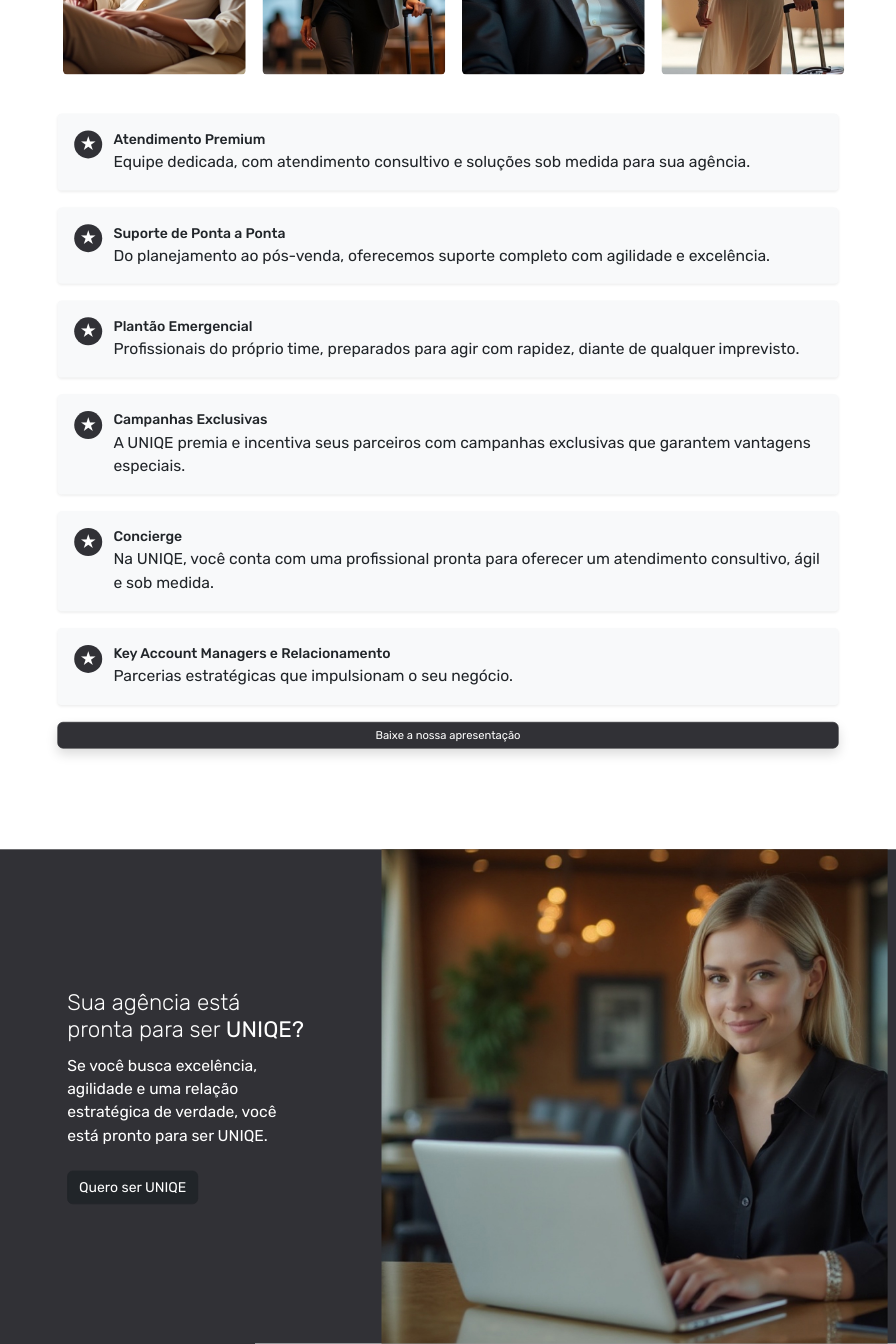
Repository: SkyTeam-Dev/Site-Uniqe
Page: http://localhost/
These files come from the project's save history. The page is drawn as it stood at one moment and after the next save; the edit follows.
The browser window is 1280 px wide. The pictures show the part of the page from y = 1405 to 3325 px (the page is 3325 px tall), at 70% of full size.
Some web libraries are served in a nearby version. The page is run by PHP 8.4 with error messages shown; the project is at /var/www/html/.

Above is the page before, as saved 2025-07-03 16:23:42.

### index.php
<!DOCTYPE html>
<html lang="pt-br">

<head>
    <title>:: Uniqe by Skyteam ::</title>
    <!-- Define uma descrição otimizada para mecanismos de busca (Maximo 160 caracteres mas o recomendado é 50 caracteres) -->
    <meta name="description"
        content="CADASTRO SIMPLES, DESCONTOS E CASHBACK A viagem do seu cliente com as melhores condições Conectamos o agente a descontos imbatíveis Ofereça seus serviços a preços mais atrativos com a Uniqe By Skyteam, uma plataforma para reservas de aéreo, hotelaria, seguro-viagem e locação nacional com descontos e cashback, projetada para qualquer agente de viagem" />
    <!-- Define palavras-chave (não tem mais impacto no Google, mas pode ajudar em outros mecanismos) -->
    <meta name="keywords" content="palavra-chave1, palavra-chave2, palavra-chave3">
    <meta charset="utf-8">
    <meta http-equiv="X-UA-Compatible" content="IE=edge">
    <link rel="canonical" href="https://uniqe.tur.br/" />
    <link rel='shortlink' href='https://uniqe.tur.br/' />

    <!-- Define a indexação pelos mecanismos de busca -->
    <meta name="robots" content="index, follow"> <!-- Para indexar e seguir links -->
    <meta name="googlebot" content="index, follow"> <!-- Específico para o Google -->
    <meta name="bingbot" content="index, follow"> <!-- Específico para o Bing -->

    <!-- GOOGLE JSON-LD para SEO -->
    <script type="application/ld+json">
    {
        "@context": "https://schema.org",
        "@type": "WebSite",
        "name": "Uniqe by Skyteam",
        "url": "https://uniqe.tur.br",
        "description": "Consolidadora PREMIUM para grandes negócios do turismo. Atendimento completo, personalizado e com foco em performance e relacionamento, venha ser Uniqe",
        "image": "https://uniqe.tur.br/Templates/Default/Imagens/OG_Uniqe_Base.jpg",
        "author": {
            "@type": "Person",
            "name": "Uniqe"
        },
        "publisher": {
            "@type": "Organization",
            "name": "Uniqe by Skyteam",
            "logo": {
                "@type": "ImageObject",
                "url": "https://uniqe.tur.br/Templates/Default/Imagens/OG_Uniqe_Base.jpg"
            }
        }
    }
    </script>
    <!-- GOOGLE JSON-LD para SEO -->

    <!-- Define o autor do conteúdo -->
    <meta name="author" content="Uniqe by Skyteam">

    <!-- Controla como o Google exibe o snippet do site -->
    <meta name="google" content="nosnippet"> <!-- Impede snippets na SERP -->
    <meta name="google" content="max-snippet:-1, max-image-preview:large, max-video-preview:-1">
    <!-- Personaliza como o conteúdo é mostrado -->

    <!-- Diz ao Google para não traduzir a página automaticamente -->
    <meta name="google" content="notranslate">

    <!-- Define a geolocalização para buscas locais -->
    <meta name="DC.title" content="Uniqe By SkyTeam" />
    <meta name="geo.region" content="BR-RS" />
    <meta name="geo.placename" content="Porto Alegre" />
    <meta name="geo.position" content="-30.030205;-51.229975" />
    <meta name="ICBM" content="-30.030205, -51.229975" />
    <!-- Criador do conteúdo -->
    <meta name="DC.creator" content="Uniqe By SkyTeam">
    <!-- Assunto ou tema do conteúdo -->
    <meta name="DC.subject"
        content="Consolidadora PREMIUM para grandes negócios do turismo. Atendimento completo, personalizado e com foco em performance e relacionamento, venha ser Uniqe">
    <!-- Descrição do conteúdo -->
    <meta name=" DC.description"
        content="Consolidadora PREMIUM para grandes negócios do turismo. Atendimento completo, personalizado e com foco em performance e relacionamento, venha ser Uniqe">

    <!-- Editora ou organização responsável -->
    <meta name="publisher" content="Uniqe By SkyTeam">
    <!-- Identificador único (ex: URL, DOI) -->
    <meta name="identifier" content="https://uniqe.tur.br">
    <!-- Idioma do conteúdo -->
    <meta name="language" content="pt-BR">

    <!-- Direitos autorais e licenciamento -->
    <meta name="rights" content="© 2025 Uniqe By SkyTeam. Todos os direitos reservados.">


    <!-- Definição do protocolo Open Graph BASE -->
    <meta property="og:type" content="website">
    <!-- URL canônica da página -->
    <meta property="og:url" content="https://uniqe.tur.br/">
    <!-- Título que aparecerá no compartilhamento -->
    <meta property="og:title" content="Uniqe by Skyteam">
    <!-- Descrição curta e chamativa -->
    <meta property="og:description"
        content="Consolidadora PREMIUM para grandes negócios do turismo. Atendimento completo, personalizado e com foco em performance e relacionamento, venha ser Uniqe">
    <!-- Imagem para exibição no compartilhamento -->
    <meta property="og:image" content="https://uniqe.tur.br/Templates/Default/Imagens/OG_Uniqe_Base.jpg">
    <!-- 1200x630 pixels é o tamanho recomendado pelo Facebook e outras redes sociais -->
    <meta property="og:image:alt"
        content="Uniqe by Skyteam - Consolidadora PREMIUM para grandes negócios do turismo. Atendimento completo, personalizado e com foco em performance e relacionamento, venha ser Uniqe">
    <!-- Especificações adicionais para a imagem -->
    <meta property="og:image:width" content="1200">
    <meta property="og:image:height" content="630">
    <!-- Nome do site (opcional, mas recomendado) -->
    <meta property="og:site_name" content="Uniqe by Skyteam">
    <!-- Idioma da página -->
    <meta property="og:locale" content="pt_BR">
    <!-- Definição do protocolo Open Graph BASE -->

    <!-- Twitter Card -->
    <meta name="twitter:card" content="summary_large_image">
    <meta name="twitter:title" content="Uniqe by Skyteam">
    <meta name="twitter:description"
        content="Consolidadora PREMIUM para grandes negócios do turismo. Atendimento completo, personalizado e com foco em performance e relacionamento, venha ser Uniqe">
    <meta name="twitter:image" content="https://uniqe.tur.br/Templates/Default/Imagens/OG_Uniqe_Base.jpg">
    <!-- Twitter Card -->



    <meta name="viewport" content="width=device-width, initial-scale=1, shrink-to-fit=no">

    <link rel='preconnect' href='//fonts.googleapis.com' />
    <link rel="preconnect" href="//fonts.gstatic.com" crossorigin>
    <link rel='preconnect' href='//jsdelivr.net' />
    <link rel='preconnect' href='//cdn.jsdelivr.net' />
    <link rel='preconnect' href='//code.jquery.com' />



    <!-- CSS -->
    <script src="https://kit.fontawesome.com/1f7edb10c1.js" crossorigin="anonymous"></script>

    <link
        href="https://fonts.googleapis.com/css2?family=DM+Sans:ital,opsz,wght@0,9..40,100..1000;1,9..40,100..1000&family=Inter:ital,opsz,wght@0,14..32,100..900;1,14..32,100..900&family=Rubik:ital,wght@0,300..900;1,300..900&display=swap"
        rel="stylesheet">

    <link rel="stylesheet" href="Templates/Default/Bootstrap/bootstrap.css">
    <link rel="stylesheet" href="Templates/Default/CSS/Site.css">

    <link rel="stylesheet" href="https://cdn.jsdelivr.net/npm/slick-carousel@1.8.1/slick/slick.css" />
    <link rel="stylesheet" href="https://cdn.jsdelivr.net/npm/slick-carousel@1.8.1/slick/slick-theme.css" />


    <!-- CSS -->

    <!-- Favicon -->


    <!-- Favicon e Theme Color-->
    <link rel="icon" type="image/png" href="Templates/Default/Imagens/Favicons/favicon-96x96.png" sizes="96x96" />
    <link rel="icon" type="image/svg+xml" href="Templates/Default/Imagens/Favicons/favicon.svg" />
    <link rel="shortcut icon" href="Templates/Default/Imagens/Favicons/favicon.ico" />
    <link rel="icon" href="Templates/Default/Imagens/Favicons/favicon.ico" type="image/x-icon">
    <link rel="apple-touch-icon" sizes="180x180" href="Templates/Default/Imagens/Favicons/apple-touch-icon.png" />
    <link rel="manifest" href="Templates/Default/Imagens/Favicons/site.webmanifest" />
    <link rel="apple-touch-icon" href="Templates/Default/Imagens/Favicons/favicon-96x96.png">
    <meta name="msapplication-TileImage" content="Templates/Default/Imagens/Favicons/favicon-96x96.png">
    <meta name="theme-color" content="#313136">
    <meta name="apple-mobile-web-app-capable" content="yes">
    <meta name="apple-mobile-web-app-status-bar-style" content="black-translucent">
    <meta name="msapplication-TileColor" content="#313136">
    <!-- Favicon -->


    <!-- Rastreamento e Comunicação -->

    <!-- Rastreamento e Comunicação -->



    <script src="https://www.google.com/recaptcha/api.js"></script>


</head>

<body onload="document.body.classList.add('show');" class="fade-in">


    <!-- Cabeçalho -->
    <header id="mainHeader" class="menu-transparent mt-0">
        <div class="container-fluid d-flex justify-content-between align-items-center p-3">
            <div>
                <img src="Templates/Default/Imagens/Logo_Uniqe_Branco.png" class="ms-4 img-fluid fw-bold">
                <!-- Troque pelo seu logo -->
            </div>
            <div>
                <a href="#" class="btn btn-outline-light me-2 rounded-3 shadow">Seja Cliente</a>
                <a href="#" class="btn btn-light rounded-3 shadow">Portal Uniqe</a>
            </div>
        </div>
    </header>

    <!-- Conteúdo -->
    <main class="bg-primary">

        <section class="container-fluid p-5 Hero d-flex justify-content-center align-items-center min-vh-100" id="Hero">
            <div class="row">
                <div class="col-md-6 col-sm-12">
                    <h1 class="text-white mb-5">Consolidadora Premium para Grandes Negócios do Turismo</h1>
                    <p class="text-white mb-3">Atendimento completo, personalizado e com foco em performance e
                        relacionamento.</p>
                    <a href="#" class="btn btn-lg btn-primary">Quero ser UNIQE</a>
                </div>
            </div>


        </section>

    </main>
    <!-- Conteúdo -->

    <!-- Cabeçalho -->

    <!-- Por que ser UNIQE -->

    <section class="container bg-white Espacamento_Superior">

        <div class="row  p-5">

            <div class="col-sm-12">

                <h1 class="mb-2">Por que ser UNIQE?</h1>
                <p class="mb-5">Mais do que uma consolidadora, somos um parceiro estratégico com atendimento premium
                    e completo em todas as etapas da jornada.</p>
            </div>
        </div>
        <div class="row text-center">

            <div class="col-md-3 col-sm-12">
                <img src="Templates/Default/Imagens/foto-uniqe-01.jpg"
                    class="img-fluid img-hover-site text-center m-2 rounded border-1">
            </div>

            <div class="col-md-3 col-sm-12">
                <img src="Templates/Default/Imagens/foto-uniqe-02.png"
                    class="img-fluid img-hover-site text-center m-2 rounded border=1">
            </div>

            <div class="col-md-3 col-sm-12">
                <img src="Templates/Default/Imagens/foto-uniqe-03.jpg"
                    class="img-fluid img-hover-site text-center m-2 rounded border=1">
            </div>

            <div class="col-md-3 col-sm-12">
                <img src="Templates/Default/Imagens/foto-uniqe-04.jpg"
                    class="img-fluid img-hover-site text-center m-2 rounded border-1">
            </div>




        </div>

        </div>

    </section>

    <!-- Por que ser UNIQE -->

    <section class="container py-5">
        <div class="row g-4">

            <div class="col-12">
                <div class="card-beneficio d-flex align-items-start bg-light rounded p-4 shadow-sm">
                    <div class="me-3">
                        <span
                            class="icone fs-4 text-white rounded-circle d-inline-flex align-items-center justify-content-center"
                            style="width: 40px; height: 40px;">
                            ★
                        </span>
                    </div>
                    <div>
                        <h5 class="mb-1">Atendimento Premium</h5>
                        <p class="mb-0">Equipe dedicada, com atendimento consultivo e soluções sob medida para sua
                            agência.</p>
                    </div>
                </div>
            </div>

            <div class="col-12">
                <div class="card-beneficio d-flex align-items-start bg-light rounded p-4 shadow-sm">
                    <div class="me-3">
                        <span
                            class="icone fs-4 text-white rounded-circle d-inline-flex align-items-center justify-content-center"
                            style="width: 40px; height: 40px;">
                            ★
                        </span>
                    </div>
                    <div>
                        <h5 class="mb-1">Suporte de Ponta a Ponta</h5>
                        <p class="mb-0">Do planejamento ao pós-venda, oferecemos suporte completo com agilidade e
                            excelência.</p>
                    </div>
                </div>
            </div>


            <div class="col-12">
                <div class="card-beneficio d-flex align-items-start bg-light rounded p-4 shadow-sm">
                    <div class="me-3">
                        <span
                            class="icone fs-4 text-white rounded-circle d-inline-flex align-items-center justify-content-center"
                            style="width: 40px; height: 40px;">
                            ★
                        </span>
                    </div>
                    <div>
                        <h5 class="mb-1">Plantão Emergencial</h5>
                        <p class="mb-0">Profissionais do próprio time, preparados para agir com rapidez, diante de
                            qualquer imprevisto.</p>
                    </div>
                </div>
            </div>

            <div class="col-12">
                <div class="card-beneficio d-flex align-items-start bg-light rounded p-4 shadow-sm">
                    <div class="me-3">
                        <span
                            class="icone fs-4 text-white rounded-circle d-inline-flex align-items-center justify-content-center"
                            style="width: 40px; height: 40px;">
                            ★
                        </span>
                    </div>
                    <div>
                        <h5 class="mb-1">Campanhas Exclusivas</h5>
                        <p class="mb-0">A UNIQE premia e incentiva seus parceiros com campanhas exclusivas que garantem
                            vantagens especiais.</p>
                    </div>
                </div>
            </div>

            <div class="col-12">
                <div class="card-beneficio d-flex align-items-start bg-light rounded p-4 shadow-sm">
                    <div class="me-3">
                        <span
                            class="icone fs-4 text-white rounded-circle d-inline-flex align-items-center justify-content-center"
                            style="width: 40px; height: 40px;">
                            ★
                        </span>
                    </div>
                    <div>
                        <h5 class="mb-1">Concierge</h5>
                        <p class="mb-0">Na UNIQE, você conta com uma profissional pronta para oferecer um atendimento
                            consultivo, ágil e sob medida.</p>
                    </div>
                </div>
            </div>

            <div class="col-12">
                <div class="card-beneficio d-flex align-items-start bg-light rounded p-4 shadow-sm">
                    <div class="me-3">
                        <span
                            class="icone fs-4 text-white rounded-circle d-inline-flex align-items-center justify-content-center"
                            style="width: 40px; height: 40px;">
                            ★
                        </span>
                    </div>
                    <div>
                        <h5 class="mb-1">Key Account Managers e Relacionamento</h5>
                        <p class="mb-0">Parcerias estratégicas que impulsionam o seu negócio.</p>
                    </div>
                </div>
            </div>

            <div class="col-12">
                <div class="d-grid gap-2">
                    <a href="https://uniqe.blob.core.windows.net/uniqe/apresentacao/apresenta%C3%A7%C3%A3o-uniqe.pdf"
                        class="btn btn-primary btn-block rounded-3 shadow mb-5">
                        Baixe a nossa apresentação
                    </a>
                </div>
            </div>



        </div>
    </section>

    <section class="container-fluid bg-primary mt-5 text-white">

            <div class="row align-items-center">

                <!-- Coluna de texto -->

                <div class="col-md-5 p-5 mb-4 mb-md-0">
                  <div class="p-5">
                    <h2 class="fw-light">Sua agência está pronta para ser <strong>UNIQE?</strong></h2>
                    <p class="mt-3">Se você busca excelência, agilidade e uma relação estratégica de verdade, você está
                        pronto para ser UNIQE.</p>
                    <a href="#" class="btn btn-dark btn-lg mt-3">Quero ser UNIQE</a>
                </div>
                </div>


                <!-- Coluna de imagem -->
                <div class="col-md-7 d-flex align-items-stretch">
                    <div class="w-100">
                        <img src="Templates/Default/Imagens/foto-uniqe-formulario.jpg" alt="Atendente UNIQE"
                            class="img-fluid w-100 h-100 object-fit-cover">
                    </div>
                </div>


        </div>
    </section>







    <script src="https://cdn.jsdelivr.net/npm/bootstrap@5.3.3/dist/js/bootstrap.bundle.min.js"></script>
    <script>
    const header = document.getElementById('mainHeader');
    let lastScroll = 0;

    window.addEventListener('scroll', () => {
        const currentScroll = window.scrollY;

        if (currentScroll <= 0) {
            header.classList.add('menu-transparent');
            header.classList.remove('menu-colored');
            return;
        }

        if (currentScroll > lastScroll) {
            // Rolando para baixo
            header.classList.add('menu-colored');
            header.classList.remove('menu-transparent');
        } else {
            // Rolando para cima
            if (currentScroll <= 100) {
                header.classList.add('menu-transparent');
                header.classList.remove('menu-colored');
            }
        }

        lastScroll = currentScroll;
    });
    </script>

</body>

</html>

### Templates/Default/CSS/Site.css
body{
    overflow-x: hidden;

}

.fade-in {
    opacity: 0;
    transition: opacity 1s ease-in-out;
}

.fade-in.show {
    opacity: 1;
}

header {
  position: fixed;
  width: 100%;
  z-index: 999;
  transition: background-color 0.3s ease, box-shadow 0.3s ease;
}

.menu-transparent {
  background-color: transparent !important;
  box-shadow: none !important;
}

.menu-colored {
  background-color: var(--bs-primary) !important;
  box-shadow: 0 2px 5px rgba(0, 0, 0, 0.1);
}

.Hero {
  height: 100vh;
  background-image: url('../Imagens/foto-home-uniqe.jpg');
  background-repeat: no-repeat;
  background-size: cover;
  background-position: center;
}

.Espacamento_Superior{
    padding-top: 8rem !important;
}

.Espacamento_Inferior{
    padding-bottom: 8rem !important;
}


.icone{
    background-color: var(--bs-primary);
}

.card-beneficio .icone,
.card-beneficio h5 {
  transition: all 0.3s ease-in-out;
}

.card-beneficio:hover .icone {
  transform: scale(1.3);
  background-color: #73737d;
}

.card-beneficio:hover h5 {
  color: #73737d; /* cor primária do Bootstrap (pode mudar para outra que quiser) */
}

.img-hover-site:hover{
    box-shadow: 0px 0px 20px 1px rgba(0,0,0,0.5);
    transition: all 0.3s ease-in-out;
    transform: scale(1.1);
    -webkit-transform: scale(1.1);
    -moz-transform: scale(1.1);
    -ms-transform: scale(1.1);
    -o-transform: scale(1.1);
    -webkit-transition: all 0.3s ease-in-out;
    -moz-transition: all 0.3s ease-in-out;
    -ms-transition: all 0.3s ease-in-out;
    -o-transition: all 0.3s ease-in-out;
}

.object-fit-cover {
  object-fit: cover;
}

Loaded but not shown: Templates/Default/Bootstrap/bootstrap.css (library)

After the next save:
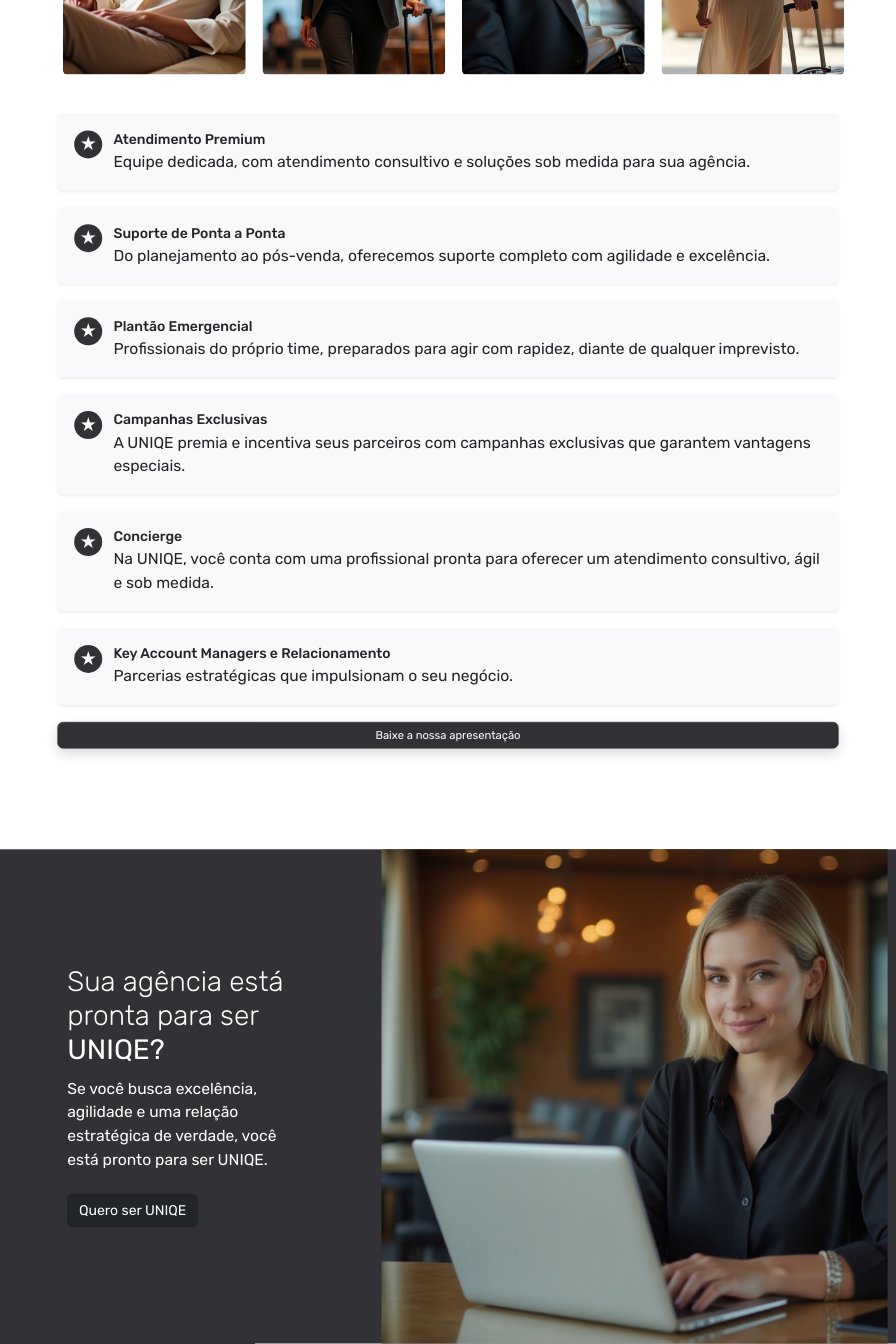
Saved 31 s later.
--- a/index.php
+++ b/index.php
@@ -380,7 +380,7 @@
 
                 <div class="col-md-5 p-5 mb-4 mb-md-0">
                   <div class="p-5">
-                    <h2 class="fw-light">Sua agência está pronta para ser <strong>UNIQE?</strong></h2>
+                    <h1 class="fw-light">Sua agência está pronta para ser <strong>UNIQE?</strong></h1>
                     <p class="mt-3">Se você busca excelência, agilidade e uma relação estratégica de verdade, você está
                         pronto para ser UNIQE.</p>
                     <a href="#" class="btn btn-dark btn-lg mt-3">Quero ser UNIQE</a>
